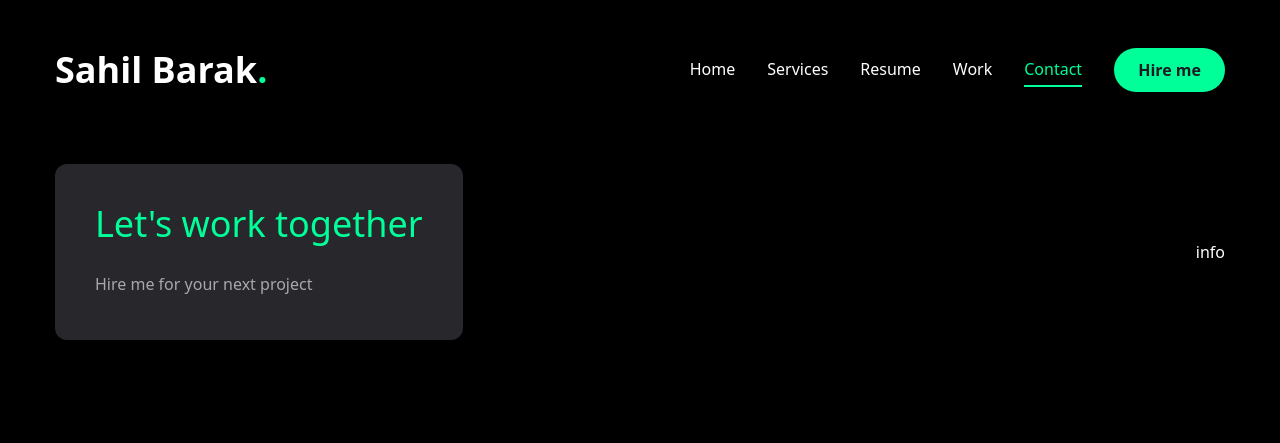
Repository: Moxsahil/My_portfolio
Page: /contact (app in sahil-portfolio/)
These files come from the project's save history. The page is drawn as it stood at one moment and after the next save; the edit follows.
The browser window is 1280 px wide. The pictures show the whole page.
The project was rebuilt for these pictures with package versions that can differ from the ones it lists, and the page was loaded fresh each time. The framework's server and built-in components were replaced by stand-ins that run in the browser. Also part of the build but not shown: sahil-portfolio/next.config.mjs, sahil-portfolio/components/ui/textarea.jsx. Imported but missing from the stored project, and not drawn on this page: sahil-portfolio/components/ui/select.

Above is the page before, as saved 2024-10-06 15:40:56.

### sahil-portfolio/app/layout.jsx
import { JetBrains_Mono } from "next/font/google";
import "./globals.css";
import Header from "@/components/Header";
import PageTransition from "@/components/PageTransition";
import StairTransition from "@/components/StairTransition";

const jetbrainsMono = JetBrains_Mono({
  subsets: ["latin"],
   weight: ["100", "200", "300", "400", "500", "600", "700", "800"],
   variable: '--font-jetbrainsMono'
});

export const metadata = {
  title: "Create Next App",
  description: "Generated by create next app",
};

export default function RootLayout({ children }) {
  return (
    <html lang="en">
      <body className={jetbrainsMono.variable}>
        <Header />
        <StairTransition />
        <PageTransition> {children}</PageTransition>
        </body>
    </html>
  );
}

### sahil-portfolio/app/contact/page.jsx
"use client";

import { Button } from "@/components/ui/button";
import { Input} from "@/components/ui/input";
import { Textarea } from "@/components/ui/textarea";

import {
  Select,
  SelectContent,
  SelectGroup,
  SelectItem,
  SelectLabel,
  SelectTrigger,
  SelectValue,
} from "@/components/ui/select";

import { FaPhoneAlt, FaEnvelope, FaMapMarkerAlt } from "react-icons/fa";

const info = [
  {
    icon: <FaPhoneAlt />,
    title: "Phone",
    description: "(+91) 7404927198",
  },{
    icon: <FaEnvelope />,
    title: "Email",
    description: "Sahilmk01@gmail.com",
  },{
    icon: <FaMapMarkerAlt />,
    title: "Address",
    description: "1513/34,Sheetal Nagar,Rohtak,Haryana-124001",
  },
];

import { motion } from "framer-motion";



const Contact = () => {
  return (
    <motion.section
    initial={{ opacity: 0 }}
    animate={{
      opacity: 1,
      transition: { delay: 2.4, duration: 0.4, ease: "easeIn" },
    }}
    className="py-6"
    >
      <div className="container mx-auto">
        <div className="flex flex-col xl:flex-row gap-[30px]">
          {/* form */}
          <div className="xl:h-[54%] order-2 xl:order-none">
            <form className="flex flex-col gap-6 p-10 bg-[#27272c] rounded-xl">
              <h3 className="text-4xl text-accent">Let's work together</h3>
              <p className="text-white/60">Hire me for your next project</p>
            </form>
          </div>
          {/* info */}
          <div className="flex-1 flex items-center xl:justify-end order-1 xl:order-none mb-8 xl:mb-0">info</div>
        </div>
      </div>
      </motion.section>
  );
}

export default Contact;

### sahil-portfolio/app/globals.css
@tailwind base;
@tailwind components;
@tailwind utilities;

@layer base{
    body {
        @apply font-primary bg-black text-white leading-loose;
    }
    .h1{
        @apply text-[48px] xl:text-[80px] leading-[1.1] font-semibold;
    }
    .h2{
        @apply text-[36px] xl:text-[48px] leading-[1.1] font-semibold;
    }
    .h3{
        @apply text-[20px] xl:text-[24px] leading-[1.1] font-semibold;
    }
.text-outline{
    -webkit-text-stroke: 1px #ffffff;
}

.text-outline-hover{
    -webkit-text-stroke: 1px #00ff99;
}
}

### sahil-portfolio/components/Header.jsx
import Link from "next/link";
import { Button } from "./ui/button";

//components
import Nav from "./Nav";
import MobileNav from "./MobileNav";
const Header = () => {
  return (
     <header className = "py-8 xl:py-12 text-white">
    <div className = "container mx-auto flex justify-between items-center">
      {/* logo */}
      <Link href="/">
        <h1 className="text-4xl font-semibold">
          Sahil Barak<span className="text-accent">.</span>
        </h1>
        </Link>


        {/* desktop nav & hire me button */}
        <div className="hidden xl:flex items-center gap-8">
        <Nav />
        <Link href="/#contact">
        <Button>Hire me</Button>
        </Link>
        </div>

        {/* mobile nav */}
        <div className="xl:hidden">
          <MobileNav />
        </div>
    </div>
  </header>
  );
};

export default Header;

### sahil-portfolio/components/PageTransition.jsx
 "use client";


 import { AnimatePresence, motion } from "framer-motion";
import { usePathname } from "next/navigation";

 const PageTransition = ({children}) => {
  const pathname = usePathname();

  return (
    <AnimatePresence>

      <div key={pathname}>
        <motion.div initial={{opacity: 1}}
        animate={{opacity:0,
         transition: {delay: 1,duration: 0.4, ease: "easeInOut"},
         }}
         className="h-screen w-screen fixed bg-primary top-0 pointer-events-none"
         />
        {children}</div>
    </AnimatePresence>
  )
}

export default PageTransition

### sahil-portfolio/components/StairTransition.jsx
"use client";

import { AnimatePresence, motion } from "framer-motion";
import { usePathname } from "next/navigation";

//components
import Stairs from "./Stairs";

const StairTransition = () => {
  const pathname = usePathname();
  return (
    <>
    <AnimatePresence mode="wait">
      <div key={pathname}>
        <div className="h-screen w-screen fixed top-0 left-0 right-0
        pointer-events-none z-40 flex">
         <Stairs />
          </div>

        <motion.div
        className="h-screen w-screen fixed bg-primary top-0 pointer-events-none"
        initial={{opacity: 1}}
        animate={{
          opacity: 0,
          transition: {delay: 1,duration: 0.4, ease: "easeInOut" },
      }}
        />
      </div>
    </AnimatePresence>
    </>
  );
}

export default StairTransition

### sahil-portfolio/components/ui/button.jsx
import * as React from "react"
import { Slot } from "@radix-ui/react-slot"
import { cva } from "class-variance-authority";

import { cn } from "@/lib/utils"

const buttonVariants = cva(
  "inline-flex items-center justify-center whitespace-nowrap rounded-full text-base font-semibold ring-offset-white transition-colors",
  {
    variants: {
      variant: {
        default: "bg-accent text-primary hover:bg-accent-hover",
        primary: "bg-primary text-white ",
        outline:
        "border border-accent bg-transparent text-accent hover :bg-accent hover: text-primary",

      },
      size: {
        default: "h-[44px] px-6",
        md: "h-[48px] px-6",
        lg: "h-[56px] px-8 text-sm uppercase tracking-[2px]",

      },
    },
    defaultVariants: {
      variant: "default",
      size: "default",
    },
  }
)

const Button = React.forwardRef(({ className, variant, size, asChild = false, ...props }, ref) => {
  const Comp = asChild ? Slot : "button"
  return (
    (<Comp
      className={cn(buttonVariants({ variant, size, className }))}
      ref={ref}
      {...props} />)
  );
})
Button.displayName = "Button"

export { Button, buttonVariants }

### sahil-portfolio/components/Nav.jsx
"use client";

import Link from "next/link";
import { usePathname } from "next/navigation";

const links = [
    {
        name: "Home",
        path: "/",
    },
    {
        name: "services",
        path: "/services",
    },
    {
        name: "resume",
        path: "/resume",
    },
    {
        name: "work",
        path: "/work",
    },
    {
        name: "contact",
        path: "/contact",
    },
];


const Nav = () => {
    const pathname = usePathname();
  return (
    <nav className="flex gap-8">
        {links.map((link, index) => {
            return (
                <Link href={link.path} key={index} className ={`${
                    link.path === pathname &&
                    "text-accent border-b-2 border-accent"}
                    capitalize font-medium hover:text-accent transition-all`}
                    >
                    {link.name}
                </Link>
            );
        })}
    </nav>
  )
}

export default Nav

### sahil-portfolio/components/MobileNav.jsx
"use client";

import { Sheet, SheetContent, SheetTrigger } from "@/components/ui/sheet";
import { usePathname } from "next/navigation";
import Link from "next/link";
import { CiMenuFries } from "react-icons/ci";

const links = [
  {
    name: "Home",
    path: "/",
  },
  {
    name: "services",
    path: "/services",
  },
  {
    name: "resume",
    path: "/resume",
  },
  {
    name: "work",
    path: "/work",
  },
  {
    name: "contact",
    path: "/contact",
  },
]

const MobileNav = () => {
  const pathname = usePathname();
  return (
    <Sheet>
      <SheetTrigger className ="flex-justify-center items-center">
        <CiMenuFries className="text-[32px] text-accent"/>
      </SheetTrigger>
      <SheetContent className="flex flex-col">
        {/* logo */}
        <div className="mt-32 mb-40 text-center text-2xl">
          <Link href="/">
          <h1 className="text-4xl font-semibold">
            Sahil Barak<span className="text-accent">.</span></h1>
          </Link>
        </div>
        {/* nav  */}
        <nav className="flex flex-col justify-center items-center gap-8">
          {links.map((link, index) => {
            return(
              <Link href={link.path} key={index} className={` ${link.path === pathname && "text-accent border-b-2 border-accent"}text-xl capitalize hover:text-accent transition-all`}>
                {link.name}
              </Link>
            );
          })}
        </nav>
      </SheetContent>
    </Sheet>
  );
};

export default MobileNav;

### sahil-portfolio/components/Stairs.jsx
import { motion } from "framer-motion";

const stairAnimation = {
    initial: {
        top: "0%",
    },
    animate: {
        top: "100%",
    },
    exit: {
        top: ["100%`", "0%"],
    },
};


// calculate the reverse index fot staggred delay

const reverseIndex = (index) => {
    const totalSteps = 6; // number of steps
    return totalSteps - index - 1;
};
const Stairs = () => {
  return (
  <>

    {/* render 6 motion divs, each representing a step of the stairs.
    Each div will have the same animation defined by the stairsAnimation object.
    the delay for each div is calculated sinamically based on its reversed index ,
    creating a staggered effect with decreasing delay for each subsequent step.
    */}
    {[...Array(6)].map((_, index)=>{
        return (
        <motion.div
         key={index}
         variants={stairAnimation}
         initial="initial"
         animate="animate"
         exit="exit"
         transition={{
            duration: 0.4,
            ease: "easeInOut",
            delay: reverseIndex(index) * 0.1,
        }}
        className="h-full w-full bg-white relative"
        />
    );
    })}
  </>
  );
};

export default Stairs

### sahil-portfolio/components/ui/sheet.jsx
"use client";
import * as React from "react"
import * as SheetPrimitive from "@radix-ui/react-dialog"
import { cva } from "class-variance-authority";
import { cn } from "@/lib/utils"

import { IoMdClose } from "react-icons/io";

const Sheet = SheetPrimitive.Root

const SheetTrigger = SheetPrimitive.Trigger

const SheetClose = SheetPrimitive.Close

const SheetPortal = SheetPrimitive.Portal

const SheetOverlay = React.forwardRef(({ className, ...props }, ref) => (
  <SheetPrimitive.Overlay
    className={cn(
      "fixed inset-0 z-50 bg-black/80  data-[state=open]:animate-in data-[state=closed]:animate-out data-[state=closed]:fade-out-0 data-[state=open]:fade-in-0",
      className
    )}
    {...props}
    ref={ref} />
))
SheetOverlay.displayName = SheetPrimitive.Overlay.displayName

const sheetVariants = cva(
  "fixed z-50 gap-4 bg-primary p-6 shadow-lg transition ease-in-out data-[state=open]:animate-in data-[state=closed]:animate-out data-[state=closed]:duration-300 data-[state=open]:duration-500 dark:bg-slate-950",
  {
    variants: {
      side: {
        top: "inset-x-0 top-0 border-b data-[state=closed]:slide-out-to-top data-[state=open]:slide-in-from-top",
        bottom:
          "inset-x-0 bottom-0 border-t data-[state=closed]:slide-out-to-bottom data-[state=open]:slide-in-from-bottom",
        left: "inset-y-0 left-0 h-full w-3/4 border-r data-[state=closed]:slide-out-to-left data-[state=open]:slide-in-from-left sm:max-w-sm",
        right:
          "inset-y-0 right-0 h-full w-3/4  data-[state=closed]:slide-out-to-right data-[state=open]:slide-in-from-right sm:max-w-sm",
      },
    },
    defaultVariants: {
      side: "right",
    },
  }
)

const SheetContent = React.forwardRef(({ side = "right", className, children, ...props }, ref) => (
  <SheetPortal>
    <SheetOverlay />
    <SheetPrimitive.Content ref={ref} className={cn(sheetVariants({ side }), className)} {...props}>
      {children}
      <SheetPrimitive.Close
        className= "absolute right-8 top-8 transition-opacity outline-none">
        <IoMdClose className="text-3xl text-accent" />
        <span className="sr-only">Close</span>
      </SheetPrimitive.Close>
    </SheetPrimitive.Content>
  </SheetPortal>
))
SheetContent.displayName = SheetPrimitive.Content.displayName

const SheetHeader = ({
  className,
  ...props
}) => (
  <div
    className={cn("flex flex-col space-y-2 text-center sm:text-left", className)}
    {...props} />
)
SheetHeader.displayName = "SheetHeader"

const SheetFooter = ({
  className,
  ...props
}) => (
  <div
    className={cn("flex flex-col-reverse sm:flex-row sm:justify-end sm:space-x-2", className)}
    {...props} />
)
SheetFooter.displayName = "SheetFooter"

const SheetTitle = React.forwardRef(({ className, ...props }, ref) => (
  <SheetPrimitive.Title
    ref={ref}
    className={cn("text-lg font-semibold text-slate-950 dark:text-slate-50", className)}
    {...props} />
))
SheetTitle.displayName = SheetPrimitive.Title.displayName

const SheetDescription = React.forwardRef(({ className, ...props }, ref) => (
  <SheetPrimitive.Description
    ref={ref}
    className={cn("text-sm text-slate-500 dark:text-slate-400", className)}
    {...props} />
))
SheetDescription.displayName = SheetPrimitive.Description.displayName

export {
  Sheet,
  SheetPortal,
  SheetOverlay,
  SheetTrigger,
  SheetClose,
  SheetContent,
  SheetHeader,
  SheetFooter,
  SheetTitle,
  SheetDescription,
}

### sahil-portfolio/tailwind.config.js
/** @type {import('tailwinds').Config} */
module.exports = {
  darkMode: ["class"],
  content: [
    './pages/**/*.{js,jsx}',
    './components/**/*.{js,jsx}',
    './app/**/*.{js,jsx}',
    './src/**/*.{js,jsx}',
  ],
  prefix: "",
  theme: {
    container: {
      center: true,
      padding: "15px",
    },
      screens: {
      sm: "640px",
      md: "768px",
      lg: "960px",
      xl: "1200px",
    },
    fontFamily: {
      primary: "var(--font-JetBrainsMono)",
    },
    extend: {

      colors: {
        primary: '#1c1c22',
        accent: {
          DEFAULT: '#00ff99',
          hover: '#00e187'
        }
      },

      keyframes: {
        "accordion-down": {
          from: { height: "0" },
          to: { height: "var(--radix-accordion-content-height)" },
        },
        "accordion-up": {
          from: { height: "var(--radix-accordion-content-height)" },
          to: { height: "0" },
        },
      },
      animation: {
        "accordion-down": "accordion-down 0.2s ease-out",
        "accordion-up": "accordion-up 0.2s ease-out",
      },
    },
  },
  plugins: [require("tailwindcss-animate")],
}

### sahil-portfolio/components/ui/input.jsx
import * as React from "react"

import { cn } from "@/lib/utils"

const Input = React.forwardRef(({ className, type, ...props }, ref) => {
  return (
    (<input
      type={type}
      className={cn(
        "flex h-10 w-full rounded-md border border-slate-200 bg-white px-3 py-2 text-sm ring-offset-white file:border-0 file:bg-transparent file:text-sm file:font-medium placeholder:text-slate-500 focus-visible:outline-none focus-visible:ring-2 focus-visible:ring-slate-950 focus-visible:ring-offset-2 disabled:cursor-not-allowed disabled:opacity-50 dark:border-slate-800 dark:bg-slate-950 dark:ring-offset-slate-950 dark:placeholder:text-slate-400 dark:focus-visible:ring-slate-300",
        className
      )}
      ref={ref}
      {...props} />)
  );
})
Input.displayName = "Input"

export { Input }

Loaded but not shown: sahil-portfolio/lib/utils.js (common file)

After the next save:
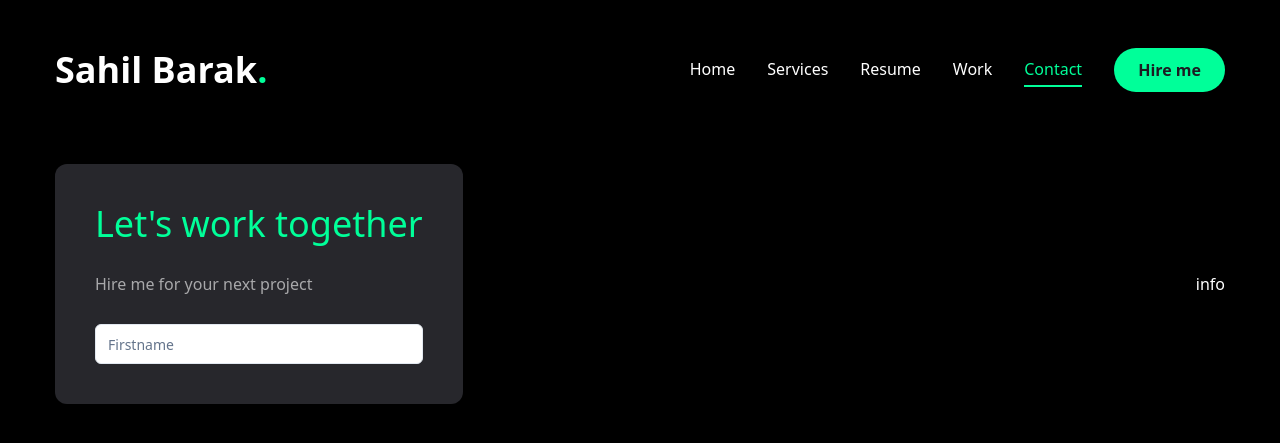
Saved 2 min 15 s later.
--- a/sahil-portfolio/app/contact/page.jsx
+++ b/sahil-portfolio/app/contact/page.jsx
@@ -52,7 +52,12 @@
           <div className="xl:h-[54%] order-2 xl:order-none">
             <form className="flex flex-col gap-6 p-10 bg-[#27272c] rounded-xl">
               <h3 className="text-4xl text-accent">Let's work together</h3>
-              <p className="text-white/60">Hire me for your next project</p>
+              <p className="text-white/60">Hire me for your next project
+              </p>
+              {/* Input */}
+              <div>
+                <Input type="firstName" placeholder="Firstname"/>
+              </div>
             </form>
           </div>
           {/* info */}
